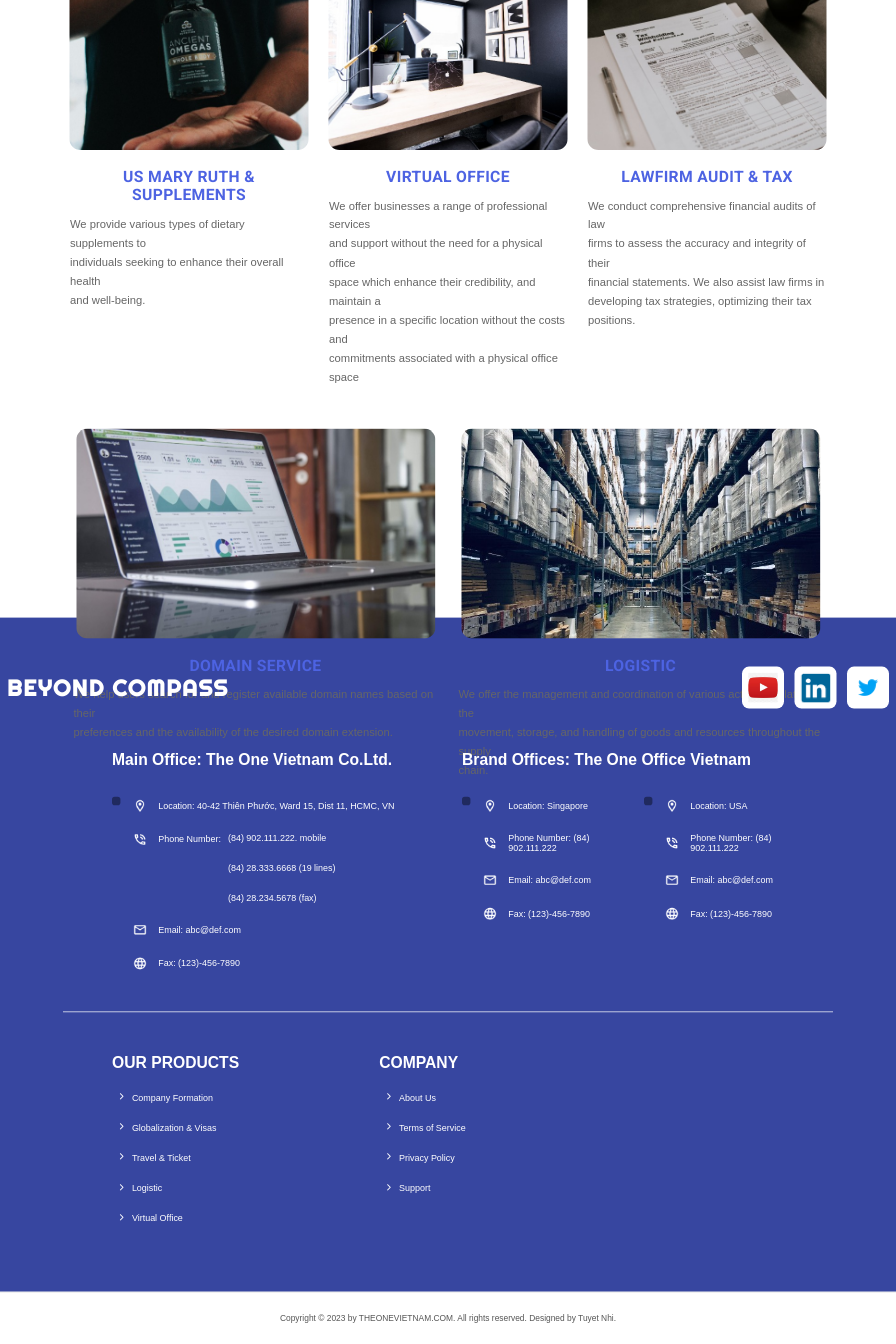
Repository: trunghau06/baitapRn
Page: pages/product.html
The author's editor kept a copy of each file at every save. The page is drawn from the files as they stood at one save, then again after the next save.
The browser window is 1280 px wide. The pictures show the part of the page from y = 1406 to 3326 px (the page is 3326 px tall), at 70% of full size.

Above is the page before, as saved 2025-10-09 22:56:50.

After the next save:
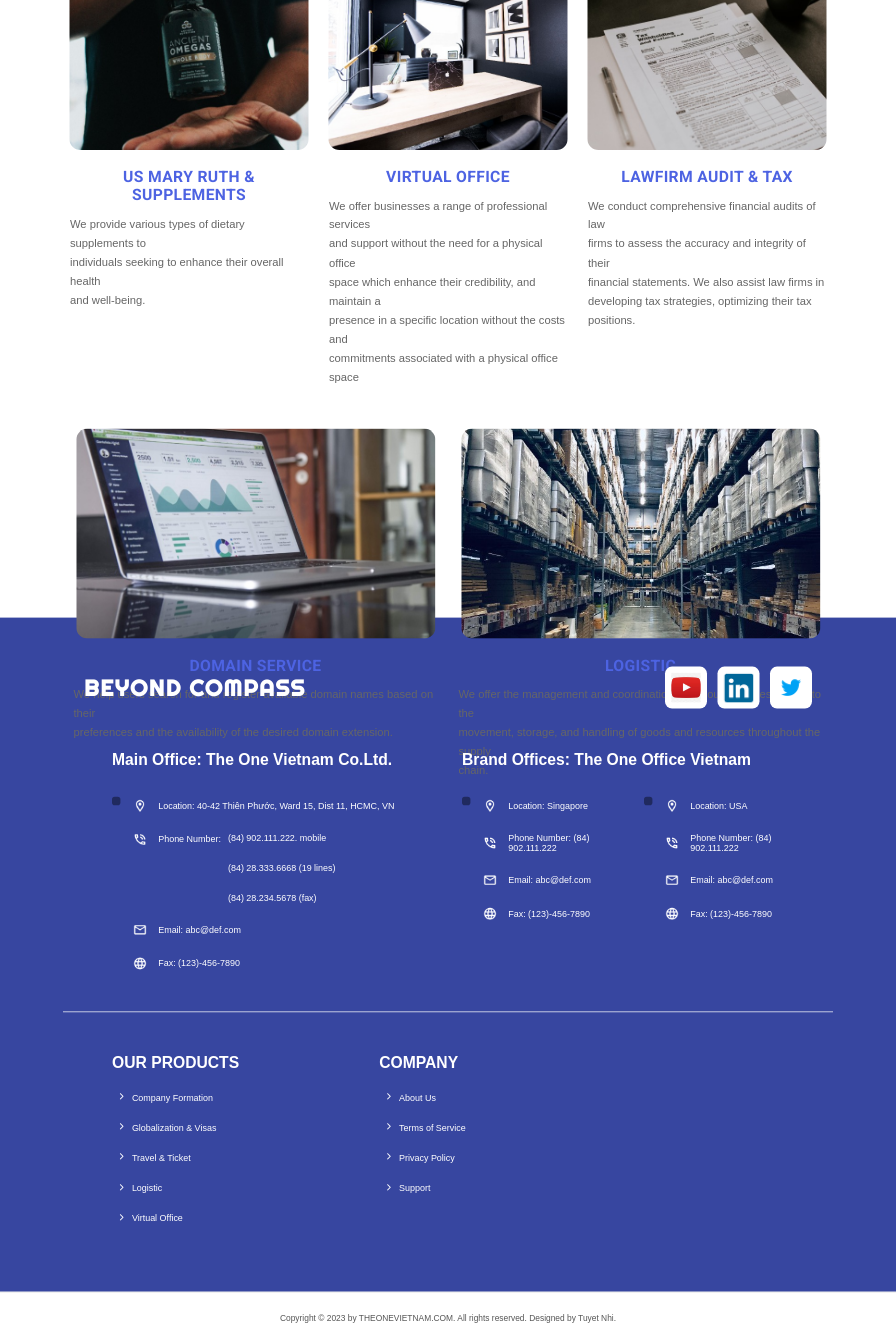
Saved 5 s later.
--- a/style/product.css
+++ b/style/product.css
@@ -254,7 +254,7 @@ nav ul li a.active::after {
     display: flex;
     justify-content: space-between;
     align-items: center;
-    padding: 20px 10px;
+    padding: 20px 120px;
     margin-top: 50px;
 }
 
